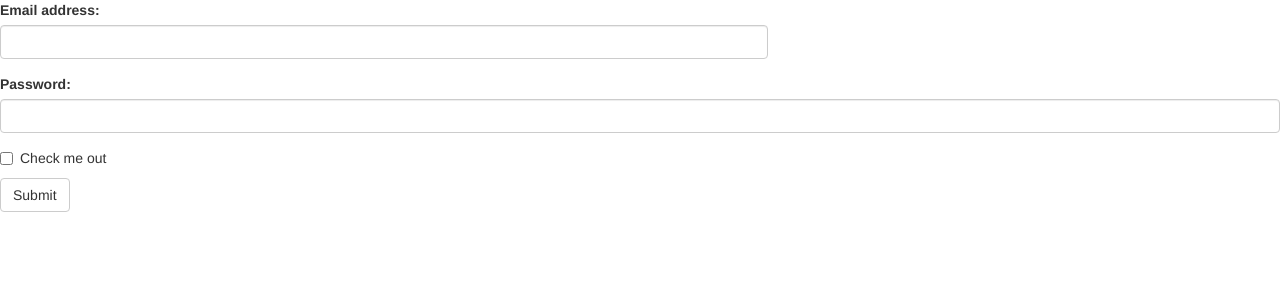
Repository: vaibhavkri/Trendnxt-Projects
Page: bootstrap/Bootstrap– L3 Assignment/Topic 6 HTML Forms/Assignment1.html
An editor plug-in stored every save of this project. The page is shown before and after the next save, followed by the edit.
The browser window is 1280 px wide. The pictures show the whole page.

Above is the page before, as saved 2018-10-23 14:58:36.

### bootstrap/Bootstrap– L3 Assignment/Topic 6 HTML Forms/Assignment1.html
<!DOCTYPE html>
<html lang="en">

<head>
    <title>Bootstrap Example</title>
    <meta charset="utf-8">
    <meta name="viewport" content="width=device-width, initial-scale=1, shring-to-fit=no">
    <link rel="stylesheet" href="https://maxcdn.bootstrapcdn.com/bootstrap/3.3.7/css/bootstrap.min.css">
    <script src="https://ajax.googleapis.com/ajax/libs/jquery/3.3.1/jquery.min.js"></script>
    <script src="https://maxcdn.bootstrapcdn.com/bootstrap/3.3.7/js/bootstrap.min.js"></script>
    <style>
        #email {
            width: 60%;
        }
    </style>





</head>



<body>
    <div>
        <form action="/action_page.php">

            <div class="form-group">
                <label for="email">Email address:</label>
                <input type="email" class="form-control" id="email">
            </div>
            <div class="form-group">
                <label for="pwd">Password:</label>
                <input type="password" class="form-control" id="pwd">
            </div>



            <div class="checkbox">
                <label><input type="checkbox">Check me out</label>
            </div>
            <button type="submit" class="btn btn-default">Submit</button>
        </form>
    </div>


</body>












</html>

After the next save:
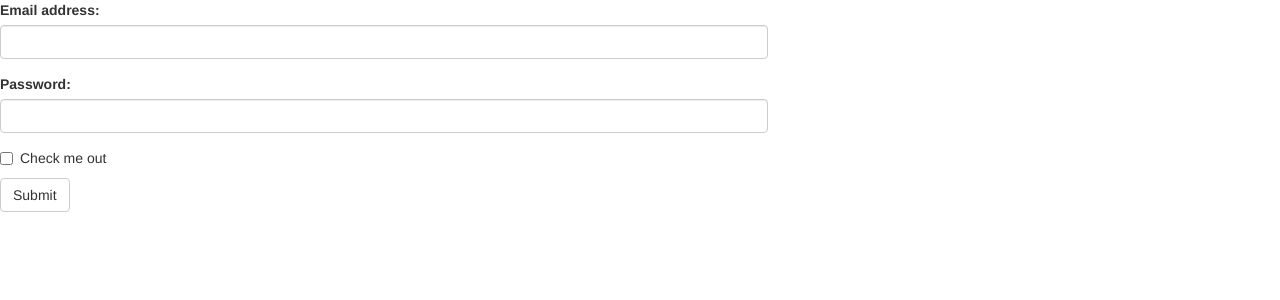
Saved 24 s later.
--- a/bootstrap/Bootstrap– L3 Assignment/Topic 6 HTML Forms/Assignment1.html
+++ b/bootstrap/Bootstrap– L3 Assignment/Topic 6 HTML Forms/Assignment1.html
@@ -9,7 +9,8 @@
     <script src="https://ajax.googleapis.com/ajax/libs/jquery/3.3.1/jquery.min.js"></script>
     <script src="https://maxcdn.bootstrapcdn.com/bootstrap/3.3.7/js/bootstrap.min.js"></script>
     <style>
-        #email {
+        #email,
+        #pwd {
             width: 60%;
         }
     </style>
